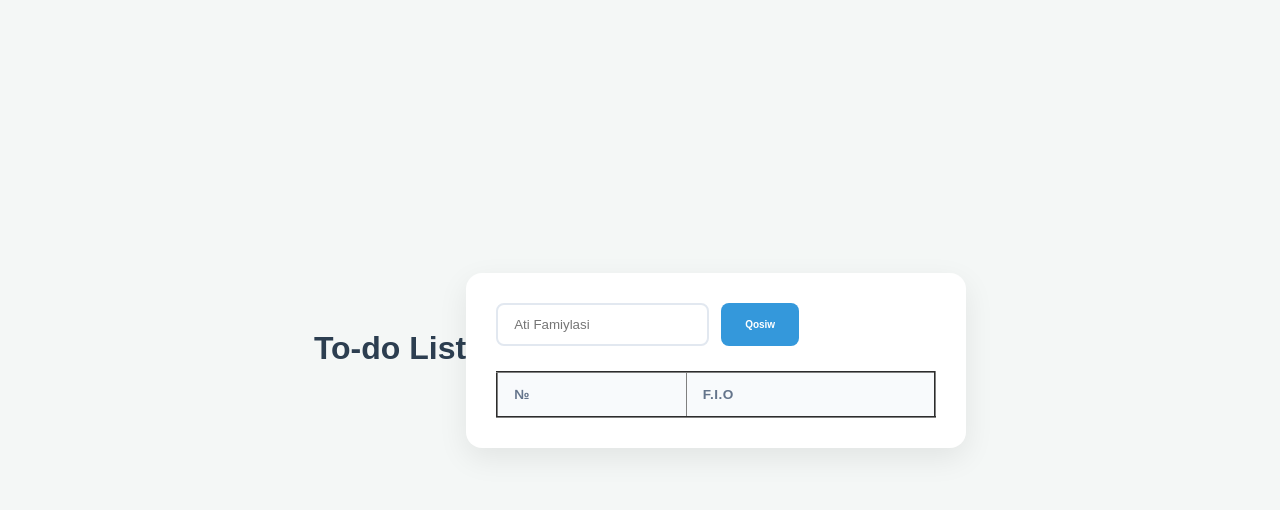
Repository: atamuratov777/my-to-do-list
Page: index.html
The author's editor kept a copy of each file at every save. The page is drawn from the files as they stood at one save, then again after the next save.
The browser window is 1280 px wide. The pictures show the whole page.

Above is the page before, as saved 2026-06-18 14:14:40.

### index.html
<!DOCTYPE html>
<html lang="en">
<head>
    <meta charset="UTF-8">
    <meta name="viewport" content="width=device-width, initial-scale=1.0">
    <title>Document</title>
    <link rel="stylesheet" href="./style.css">
</head>
<body>
    <h1>To-do List</h1>
    <div class="card">
    <div class="textName">
        <input type="text" placeholder="Ati Famiylasi" onchange="namech(event)">
        <button>Qosiw</button>
    </div>
    <table border="2">
        <thead>
            <th>№</th>
            <th>F.I.O</th>
        </thead>
        <tbody id="tbody">
        </tbody>
    </table>

    <script src="./script.js"></script>
</body>
</html>

### style.css

* {
    margin: 0;
    padding: 0;
    box-sizing: border-box;
    font-family: sans-serif;
}

body {
    background-color: #f4f7f6;
    color: #333;
    display: flex;

    align-items: center;
    justify-content: center;
    height: 100vh;
    padding: 20px;
}

h1 {
    display: flex;
    align-items: center;
    justify-content: center;
    margin-bottom: 24px;
    color: #2c3e50;

    font-weight: 600;
}


.card {
    background: #ffffff;
    padding: 30px;
    border-radius: 16px;
    box-shadow: 0 10px 30px rgba(0, 0, 0, 0.08);
    width: 100%;
    max-width: 500px;
}

/* Форма ввода */
.textName {
    display: flex;
    gap: 12px;
    margin-bottom: 25px;
}

input {

    padding: 12px 16px;
    border: 2px solid #e2e8f0;
    border-radius: 8px;


}


button {
    padding: 12px 24px;
    background-color: #3498db;
    color: white;
    border: none;
    border-radius: 8px;
    font-size: 10PX;
    font-weight: 600;
    cursor: pointer;

}

button:hover {
    background-color: #2980b9;
}

button:active {
    transform: scale(0.98);
}

/* Таблица */
table {
    width: 100%;
    border-collapse: collapse;
    margin-top: 10px;
    text-align: left;
}

th, td {
    padding: 14px 16px;
    border-bottom: 1px solid #edf2f7;
}

thead th {
    background-color: #f8fafc;
    color: #64748b;
    font-size: 0.85rem;
    text-transform: uppercase;
    letter-spacing: 0.5px;
    font-weight: 600;
}

tbody tr:hover {
    background-color: #f8fafc;
}

/* Стили для иконки удаления */
.trash {
    cursor: pointer;
    text-align: center;
    font-size: 1.1rem;
    transition: transform 0.3s ease, color 0.2s;
    user-select: none;
}

.trash:hover {
    transform: scale(1.2);
    color: #e74c3c;
}

### script.js
let person=[]
const tbody=document.getElementById("tbody")

function namech(event){
    tbody.innerHTML=""
    person.push({
        id:12,
        name:event.target.value
    })
    person.forEach((person,index)=>{
        tbody.innerHTML+=`<tr>
        <th>${index+1}</th>
        <th>${person.name}<th>
        <th onClick={clicktrash(${index+1})} class="trash">🗑</th>
        </tr>`
    })
}

console.log("Usi ekran")

function clicktrash(basil) {
    tbody.innerHTML=""
    person.splice(basil-1,1)
    console.log(person)
    person.forEach((person,index)=>{
        tbody.innerHTML+=`<tr>
        <th>${index+1}</th>
        <th>${person.name}<th>
        <th onClick={clicktrash(${index+1})} class="trash">🗑</th>
        </tr>`
    })
}

After the next save:
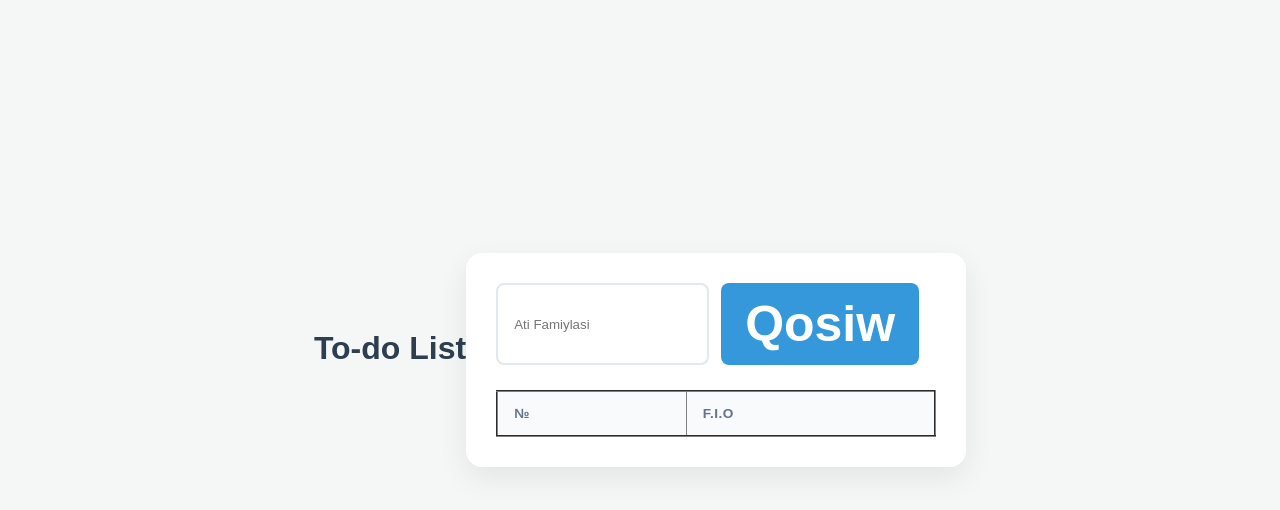
Saved 7 s later.
--- a/style.css
+++ b/style.css
@@ -60,7 +60,7 @@ button {
     color: white;
     border: none;
     border-radius: 8px;
-    font-size: 10PX;
+    font-size: 50PX;
     font-weight: 600;
     cursor: pointer;
 
